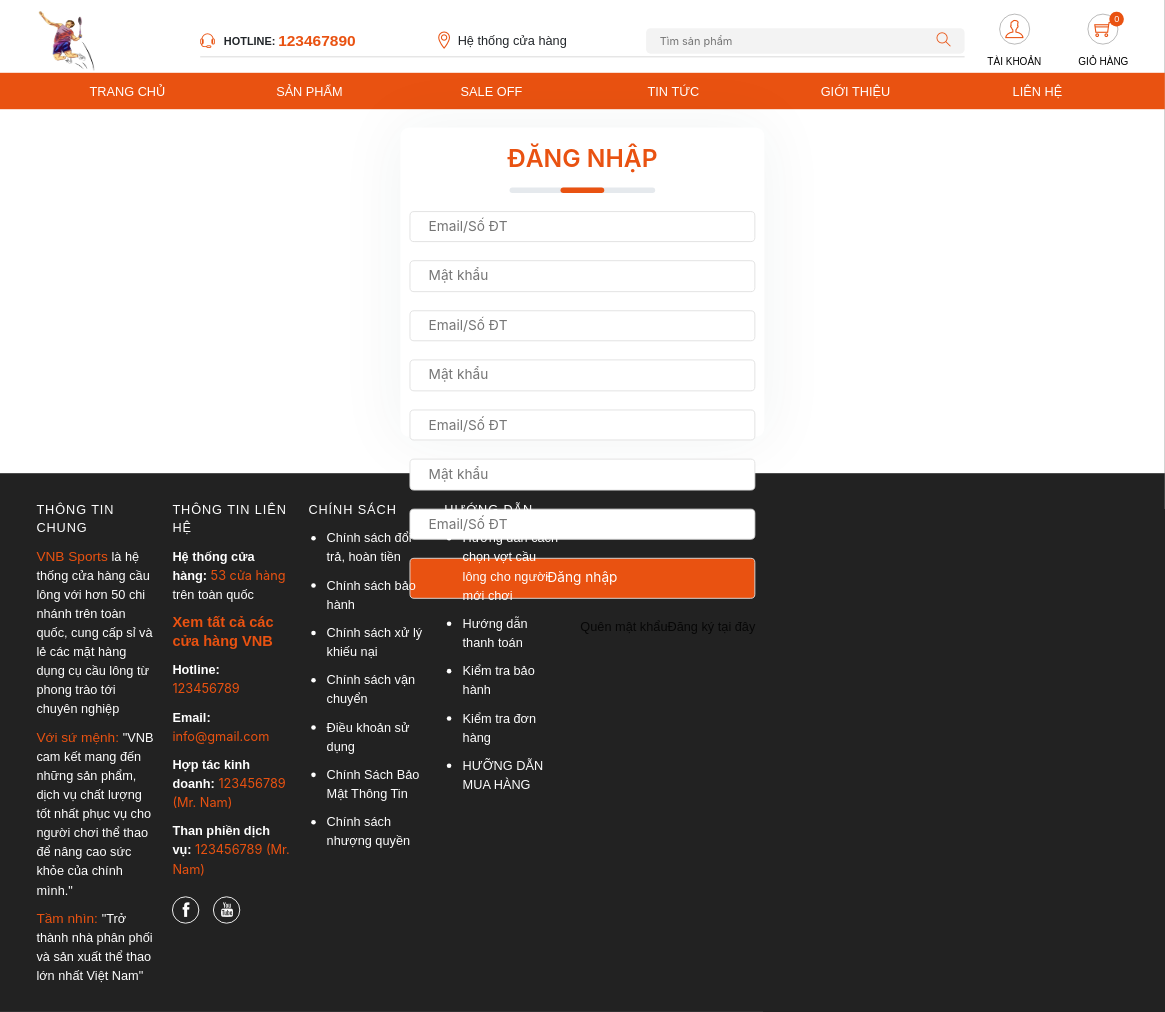
Repository: Namtran3107/CauLongSo1
Page: register.html
An editor plug-in stored every save of this project. The page is shown before and after the next save, followed by the edit.
The browser window is 1280 px wide. The pictures show the whole page, at 91% of full size.

Above is the page before, as saved 2022-12-11 14:26:32.

### register.html
<!DOCTYPE html>
<html lang="en">
<head>
    <meta charset="UTF-8">
    <meta http-equiv="X-UA-Compatible" content="IE=edge">
    <meta name="viewport" content="width=device-width, initial-scale=1.0">
    <link rel="stylesheet" href="./index.css">
    <link rel="stylesheet" href="./login.css">
    <link rel="stylesheet" href="./register.css">
    <link rel="stylesheet" href="./themify-icons-font/themify-icons/themify-icons.css">
    <link rel="stylesheet" href="https://stackpath.bootstrapcdn.com/bootstrap/4.3.1/css/bootstrap.min.css" integrity="sha384-ggOyR0iXCbMQv3Xipma34MD+dH/1fQ784/j6cY/iJTQUOhcWr7x9JvoRxT2MZw1T" crossorigin="anonymous">
    <title>Cau Long So 1</title>
</head>
<body>
    <div id="body-all-website">
        <div id="body-width-all">
            <div id="header-website-top">
                <div class="header-website">
                    <div class="header-logo-and-account-all">
                        <a href="" class="header-logo-website">
                            <img src="./img/pngtree-badminton-fitness-little-boy-image_1289549.png" alt="" class="header-logo">
                        </a>
                        <div class="header-phone-location-search">
                            <div class="header-phone-location-search-list">
                                <div class="header-phone-number">
                                    <div class="header-logo-number"><div class="ti-headphone-alt"></div></div>
                                    <div class="header-content-phone-number">HOTLINE: </div>
                                    <div class="header-phone-number-item">123467890</div>
                                </div>
                                <div class="header-location-store">
                                    <div class="header-logo-location"><div class="ti-location-pin"></div></div>
                                    <div class="header-content-location">Hệ thống cửa hàng</div>
                                </div>
                                <div class="header-search-product">
                                    <input type="text" name="" id="" class="header-input-search" placeholder="Tìm sản phẩm">
                                    <a href="" class="header-logo-search"><div class="ti-search"></div></a>
                                    <div class="header-input-history-all">
                                        <div class="header-input-history-list">
                                            <div class="header-input-history-content">
                                                <div class="header-input-history-name-content">Tìm kiếm gần đây</div>
                                            </div>
                                            <div class="header-input-history-item">
                                                <a href="" class="input-history-img"><img src="./img/history.PNG" alt=""></a>
                                                <div class="input-history-name-procduc-and-price">
                                                    <a href="" class="input-history-name-procduc"><div>Giày cầu lông trẻ em Kumpoo KH-F07J xanh chính hãng</div></a>
                                                    <div class="input-history-product-price">690.000 ₫</div>
                                                </div>
                                                <a href="" class="input-history-delete"><div class="ti-close"></div></a>
                                            </div>
                                            <div class="header-input-history-item">
                                                <a href="" class="input-history-img"><img src="./img/history.PNG" alt=""></a>
                                                <div class="input-history-name-procduc-and-price">
                                                    <a href="" class="input-history-name-procduc"><div>Giày cầu lông trẻ em Kumpoo KH-F07J xanh chính hãng</div></a>
                                                    <div class="input-history-product-price">690.000 ₫</div>
                                                </div>
                                                <a href="" class="input-history-delete"><div class="ti-close"></div></a>
                                            </div>
                                            <div class="header-input-history-item">
                                                <a href="" class="input-history-img"><img src="./img/history.PNG" alt=""></a>
                                                <div class="input-history-name-procduc-and-price">
                                                    <a href="" class="input-history-name-procduc"><div>Giày cầu lông trẻ em Kumpoo KH-F07J xanh chính hãng</div></a>
                                                    <div class="input-history-product-price">690.000 ₫</div>
                                                </div>
                                                <a href="https://www.facebook.com/" class="input-history-delete"><div class="ti-close"></div></a>
                                            </div>
                                        </div>
                                    </div>
                                </div>
                            </div>
                        </div>
                        <div class="header-account-website">
                            <div class="account-header-list">
                                <div class="account-website">
                                    <div class="logo-account-website">
                                        <div class="ti-user"></div>
                                        <div class="content-account-website content-account-website-color">TÀI KHOẢN</div>
                                        <div class="account-login-and-register">
                                            <a href="" class="account-login-register-list">
                                                <div class="account-login-register-logo"><div class="ti-share"></div></div>
                                                <div class="ccount-login-register-content">Đăng nhập</div>
                                            </a>
                                            <a href="" class="account-login-register-list">
                                                <div class="account-login-register-logo"><div class="ti-share-alt"></div></div>
                                                <div class="ccount-login-register-content">Đăng ký</div>
                                            </a>
                                        </div>
                                    </div>
                                    <div class="cart-website-header">
                                        <a href="" class="cart-website">
                                            <div class="ti-shopping-cart"></div>
                                            <div class="content-cart-website content-account-website-color">GIỎ HÀNG</div>
                                        </a>
                                        <div class="cart-list">
                                            <div class="cart-list-son">
                                                <div class="cart-list-logo"><div class="ti-bag"></div></div>
                                                <span class="cart-list-text">Không có sản phẩm nào trong giỏ hàng của bạn</span>
                                            </div>
                                        </div>
                                    </div>
                                </div>
                            </div>
                        </div>
                    </div>
                    <div class="header-menu-website">
                        <ul class="menu-website-list">
                            <li><a href="./index.html" class="menu-website-item">TRANG CHỦ</a></li>
                            <li><a href="./product.html" class="menu-website-item">SẢN PHẨM</a></li>
                            <li><a href="./saleoff.html" class="menu-website-item">SALE OFF</a></li>
                            <li><a href="./news.html" class="menu-website-item">TIN TỨC</a></li>
                            <li><a href="./recomend.html" class="menu-website-item">GIỚI THIỆU</a></li>
                            <li><a href="./contact.html" class="menu-website-item">LIÊN HỆ</a></li>
                        </ul>
                    </div>
                </div>
            </div>
            <div id="body-website-login">
                <div class="body-website-login-list">
                    <div class="body-website-login-item">
                        <div class="table-login-list">
                            <div class="login-content-list">
                                <span class="login-content-header">ĐĂNG NHẬP</span>
                                <span class="decor"></span>
                            </div>
                            <div class="login-input-list">
                                <input type="text" class="login-input-item" placeholder="Email/Số ĐT">
                                <input type="text" class="login-input-item" placeholder="Mật khẩu">
                                <input type="text" class="login-input-item" placeholder="Email/Số ĐT">
                                <input type="text" class="login-input-item" placeholder="Mật khẩu">
                                <input type="text" class="login-input-item" placeholder="Email/Số ĐT">
                                <input type="text" class="login-input-item" placeholder="Mật khẩu">
                                <input type="text" class="login-input-item" placeholder="Email/Số ĐT">
                                <input type="button" class="login-input-item login-input-item-buttom" value="Đăng nhập">
                            </div>
                            <div class="login-input-text-list">
                                <a href="" class="login-input-text-item">Đăng ký tại đây</a>
                                <a href="" class="login-input-text-item">Quên mật khẩu</a>
                            </div>
                        </div>
                    </div>
                </div>
            </div>
            <div id="footer-website-bottom">
                <div id="footer-website-all">
                    <div class="footer-website-list">
                        <div class="footer-website-item">
                            <div class="footer-website-item-header">THÔNG TIN CHUNG</div>
                            <div class="footer-website-item-text">
                                <div class="footer-item-text-son">
                                    <span class="footer-website-item-bold-first">VNB Sports </span>
                                    <span class="footer-website-item-last">là hệ thống cửa hàng cầu lông với hơn 50 chi nhánh trên toàn quốc, cung cấp sỉ và lẻ các mặt hàng dụng cụ cầu lông từ phong trào tới chuyên nghiệp</span>
                                </div>
                                <div class="footer-item-text-son">
                                    <span class="footer-website-item-bold-first">Với sứ mệnh: </span>
                                    <span class="footer-website-item-last">"VNB cam kết mang đến những sản phẩm, dịch vụ chất lượng tốt nhất phục vụ cho người chơi thể thao để nâng cao sức khỏe của chính mình."</span>
                                </div>
                                <div class="footer-item-text-son">
                                    <span class="footer-website-item-bold-first">Tầm nhìn: </span>
                                    <span class="footer-website-item-last">"Trở thành nhà phân phối và sản xuất thể thao lớn nhất Việt Nam"</span>
                                </div>
                            </div>
                        </div>
                        <div class="footer-website-item">
                            <div class="footer-website-item-header">THÔNG TIN LIÊN HỆ</div>
                            <div class="footer-website-item-text">
                                <div class="footer-website-item-contact">
                                    <span class="footer-website-item-contact-bold">Hệ thống cửa hàng: </span>
                                    <a href="" class="footer-website-item-contact-color">53 cửa hàng </a>
                                    <span class="footer-website-item-contact-text">trên toàn quốc</span>
                                </div>
                                <div class="footer-website-item-contact">
                                    <a href="" class="footer-website-item-location">Xem tất cả các cửa hàng VNB</a>
                                </div>
                                <div class="footer-website-item-contact">
                                    <span class="footer-website-item-contact-bold">Hotline: </span>
                                    <span class="footer-website-item-contact-color">123456789</span>
                                </div>
                                <div class="footer-website-item-contact">
                                    <span class="footer-website-item-contact-bold">Email: </span>
                                    <span class="footer-website-item-contact-color">info@gmail.com</span>
                                </div>
                                <div class="footer-website-item-contact">
                                    <span class="footer-website-item-contact-bold">Hợp tác kinh doanh: </span>
                                    <span class="footer-website-item-contact-color">123456789 (Mr. Nam)</span>
                                </div>
                                <div class="footer-website-item-contact">
                                    <span class="footer-website-item-contact-bold">Than phiền dịch vụ: </span>
                                    <span class="footer-website-item-contact-color">123456789 (Mr. Nam)</span>
                                </div>
                                <div class="footer-website-item-contact">
                                    <a href="" class="footer-website-item-contact-icon"><div class="ti-facebook"></div></a>
                                    <a href="" class="footer-website-item-contact-icon"><div class="ti-youtube"></div></a>
                                </div>
                            </div>
                        </div>
                        <div class="footer-website-item">
                            <div class="footer-website-item-header">CHÍNH SÁCH</div>
                            <ul class="footer-website-item-text">
                                <li class="footer-website-item-text-li">
                                    <a href="" class="footer-website-item-text-a">Chính sách đổi trả, hoàn tiền</a>
                                </li>
                                <li class="footer-website-item-text-li">
                                    <a href="" class="footer-website-item-text-a">Chính sách bảo hành</a>
                                </li>
                                <li class="footer-website-item-text-li">
                                    <a href="" class="footer-website-item-text-a">Chính sách xử lý khiếu nại</a>
                                </li>
                                <li class="footer-website-item-text-li">
                                    <a href="" class="footer-website-item-text-a">Chính sách vận chuyển</a>
                                </li>
                                <li class="footer-website-item-text-li">
                                    <a href="" class="footer-website-item-text-a">Điều khoản sử dụng</a>
                                </li>
                                <li class="footer-website-item-text-li">
                                    <a href="" class="footer-website-item-text-a">Chính Sách Bảo Mật Thông Tin</a>
                                </li>
                                <li class="footer-website-item-text-li">
                                    <a href="" class="footer-website-item-text-a">Chính sách nhượng quyền</a>
                                </li>
                            </ul>
                        </div>
                        <div class="footer-website-item">
                            <div class="footer-website-item-header">HƯỚNG DẪN</div>
                            <ul class="footer-website-item-text">
                                <li class="footer-website-item-text-li">
                                    <a href="" class="footer-website-item-text-a">Hướng dẫn cách chọn vợt cầu lông cho người mới chơi</a>
                                </li>
                                <li class="footer-website-item-text-li">
                                    <a href="" class="footer-website-item-text-a">Hướng dẫn thanh toán</a>
                                </li>
                                <li class="footer-website-item-text-li">
                                    <a href="" class="footer-website-item-text-a">Kiểm tra bảo hành</a>
                                </li>
                                <li class="footer-website-item-text-li">
                                    <a href="" class="footer-website-item-text-a">Kiểm tra đơn hàng</a>
                                </li>
                                <li class="footer-website-item-text-li">
                                    <a href="" class="footer-website-item-text-a">HƯỠNG DẪN MUA HÀNG</a>
                                </li>
                            </ul>
                        </div>
                    </div>
                </div>
            </div>
        </div>
    </div>
</body>
</html>

### login.css
:root {
    --color-website: #e95211;
}
.body-website-login-list{
    width: 1200px;
    margin: 0 auto;
}
.body-website-login-item{
    width: 400px;
    height: 340px;
    margin: 20px auto 0;
    background-color: #fff;
    box-shadow: 0px 1px 69.16px 6.84px rgb(20 64 51 / 5%);
    border-radius: 10px;
}
.table-login-list{
    padding: 15px 10px 0;
}
.login-content-list{
    display: flex;
    flex-direction: column;
    align-items: center;
}
.login-content-header{
    color: var(--color-website);
    font-size: 27px;
    font-weight: 600;
}
.decor{
    position: relative;
    width: 160px;
    height: 6px;
    background-color: #e5e9ed;
    border-radius: 10px;
    margin-top: 10px;
}
.decor::before{
    content: "";
    position: absolute;
    width: 30%;
    height: 100%;
    left: 50%;
    transform: translateX(-50%);
    background-color: var(--color-website);
    border-radius: 10px;
}
.login-input-list{
    margin-top: 20px;
    display: flex;
    flex-direction: column;
}
.login-input-item{
    padding: 5px 20px;
    outline: none;
    font-size: 15px;
    border-radius: 5px;
    border: 1px solid #e1e1e1;
    margin-bottom: 20px;
    width: 100%;
}
.login-input-item-buttom{
    background-color: var(--color-website);
    color: white;
    padding: 10px 20px;
}
.login-input-text-item{
    font-size: 14px;
    font-family: sans-serif;
    opacity: 0.8;
    float: right;
    color: black;
}
.login-input-text-item:hover{
    color: var(--color-website);
    text-decoration: none;
}

Loaded but not shown: themify-icons-font/themify-icons/themify-icons.css (common file); index.css (806 lines, source omitted); register.css (no stored copy; drawn as an empty file)

After the next save:
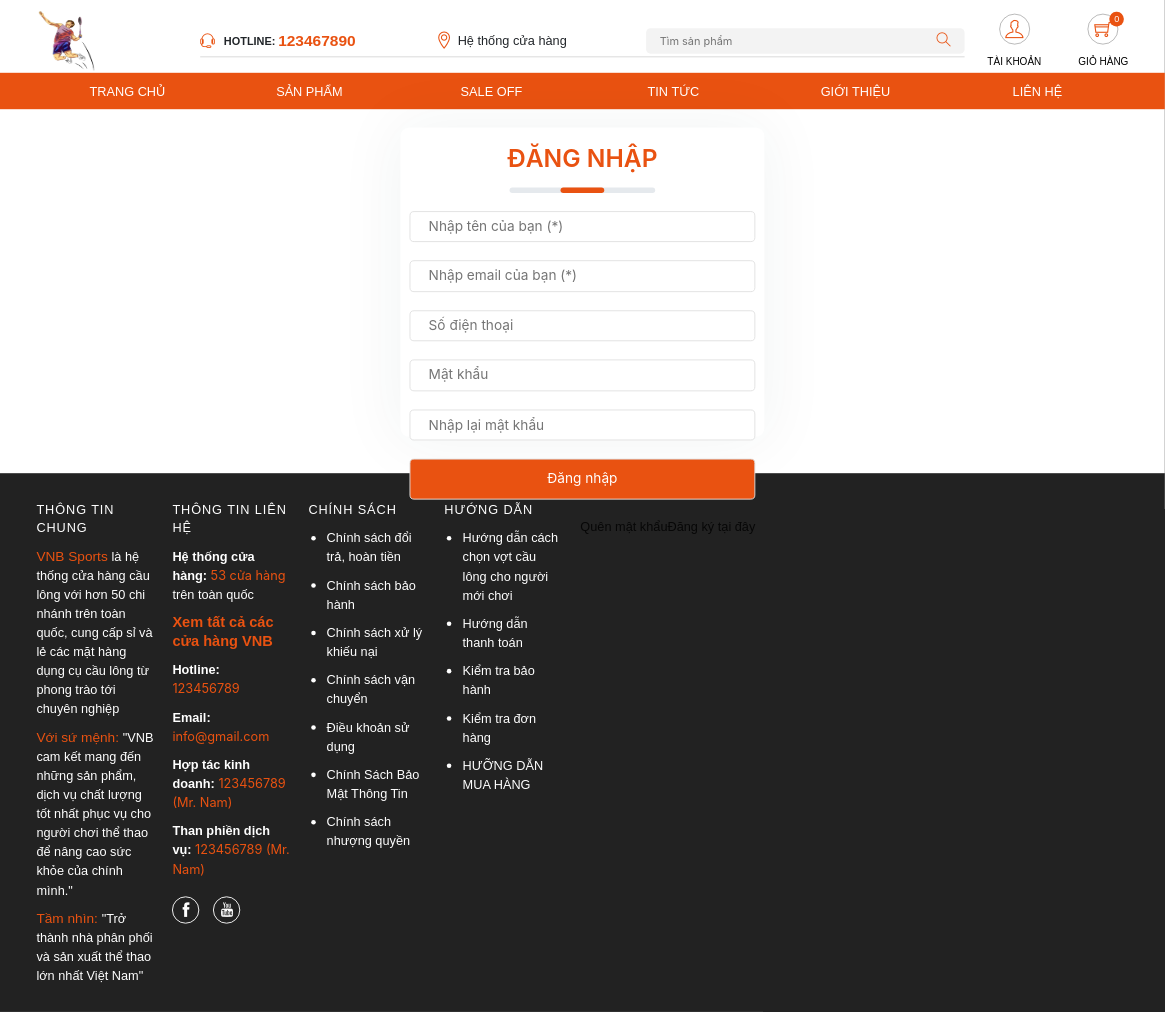
Saved 65 s later.
--- a/register.html
+++ b/register.html
@@ -122,13 +122,11 @@
                                 <span class="decor"></span>
                             </div>
                             <div class="login-input-list">
-                                <input type="text" class="login-input-item" placeholder="Email/Số ĐT">
+                                <input type="text" class="login-input-item" placeholder="Nhập tên của bạn (*)">
+                                <input type="text" class="login-input-item" placeholder="Nhập email của bạn (*)">
+                                <input type="text" class="login-input-item" placeholder="Số điện thoại">
                                 <input type="text" class="login-input-item" placeholder="Mật khẩu">
-                                <input type="text" class="login-input-item" placeholder="Email/Số ĐT">
-                                <input type="text" class="login-input-item" placeholder="Mật khẩu">
-                                <input type="text" class="login-input-item" placeholder="Email/Số ĐT">
-                                <input type="text" class="login-input-item" placeholder="Mật khẩu">
-                                <input type="text" class="login-input-item" placeholder="Email/Số ĐT">
+                                <input type="text" class="login-input-item" placeholder="Nhập lại mật khẩu">
                                 <input type="button" class="login-input-item login-input-item-buttom" value="Đăng nhập">
                             </div>
                             <div class="login-input-text-list">
